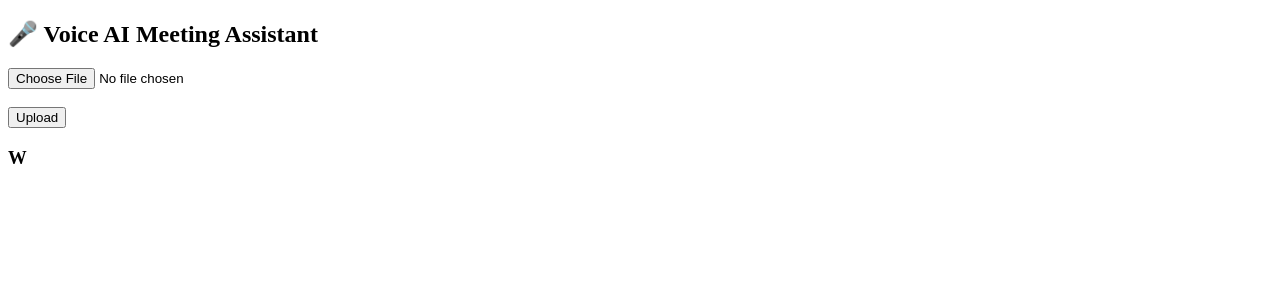
Repository: MujtabaHabib/Voice-AI-Meeting-Assistant
Page: index.html
The author's editor kept a copy of each file at every save. The page is drawn from the files as they stood at one save, then again after a run of saves.
The browser window is 1280 px wide. The pictures show the whole page.

Above is the page before, as saved 2026-02-01 21:27:54.

After the next 3 saves:
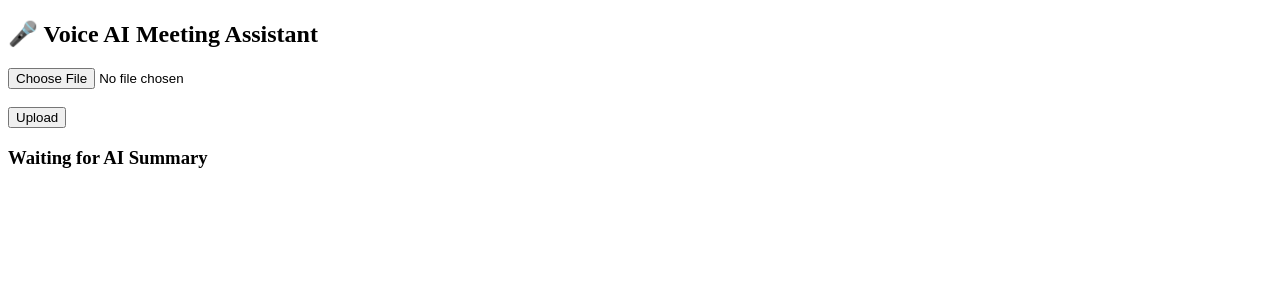
The 3 saves are shown as one change because they came seconds apart.
The last was saved 7 s later.
--- a/index.html
+++ b/index.html
@@ -14,7 +14,7 @@
     <button onclick="send()">Upload</button>
 
     <div class="box">
-        <h3>W</h3>
+        <h3>Waiting for AI Summary</h3>
     </div>
 
 <script>
